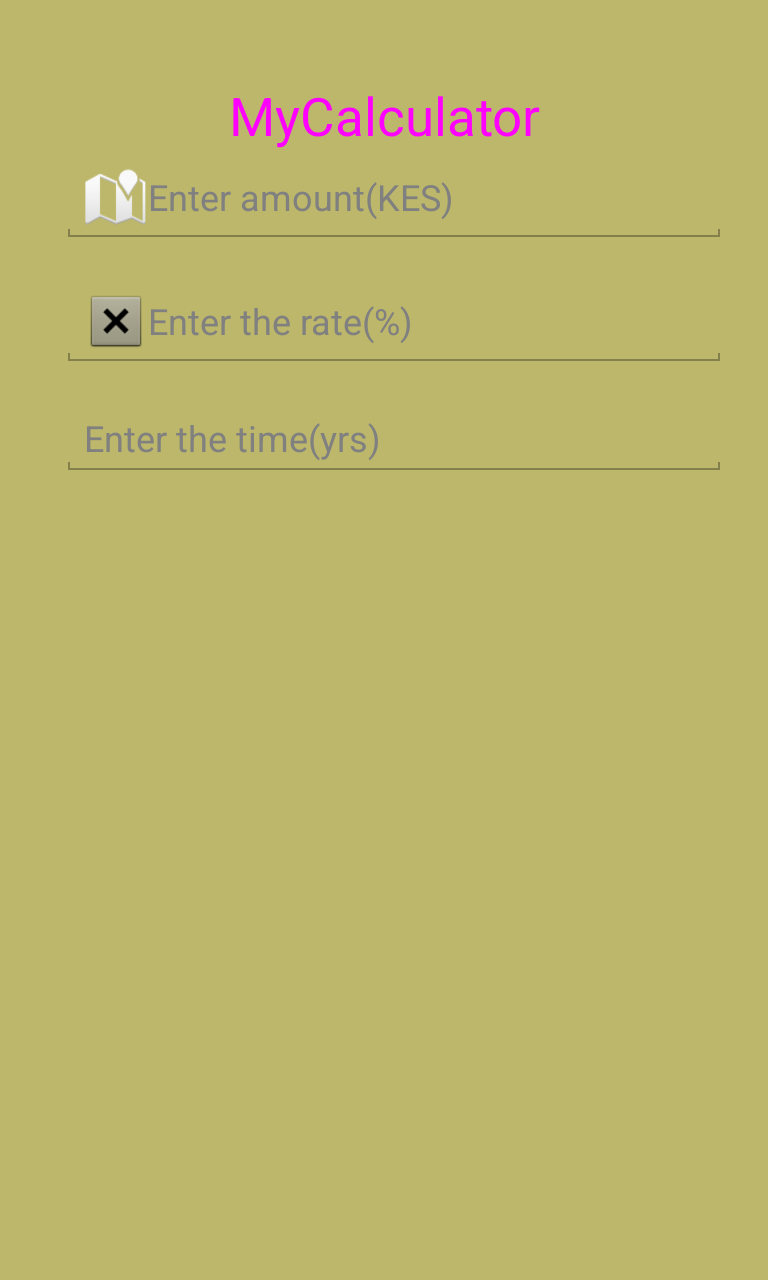
Repository: njiiriJohnii/Android-projects
Layout: MySimpleCalc/res/layout/activity_main.xml
An editor plug-in stored every save of this project. The layout is shown before and after the next save, followed by the edit.
It is drawn on a 768 x 1280 px phone screen (xhdpi) without system bars, with theme AppTheme; the app's code is not run.

Above is the layout before, as saved 2014-05-29 08:43:27.

After the next save:
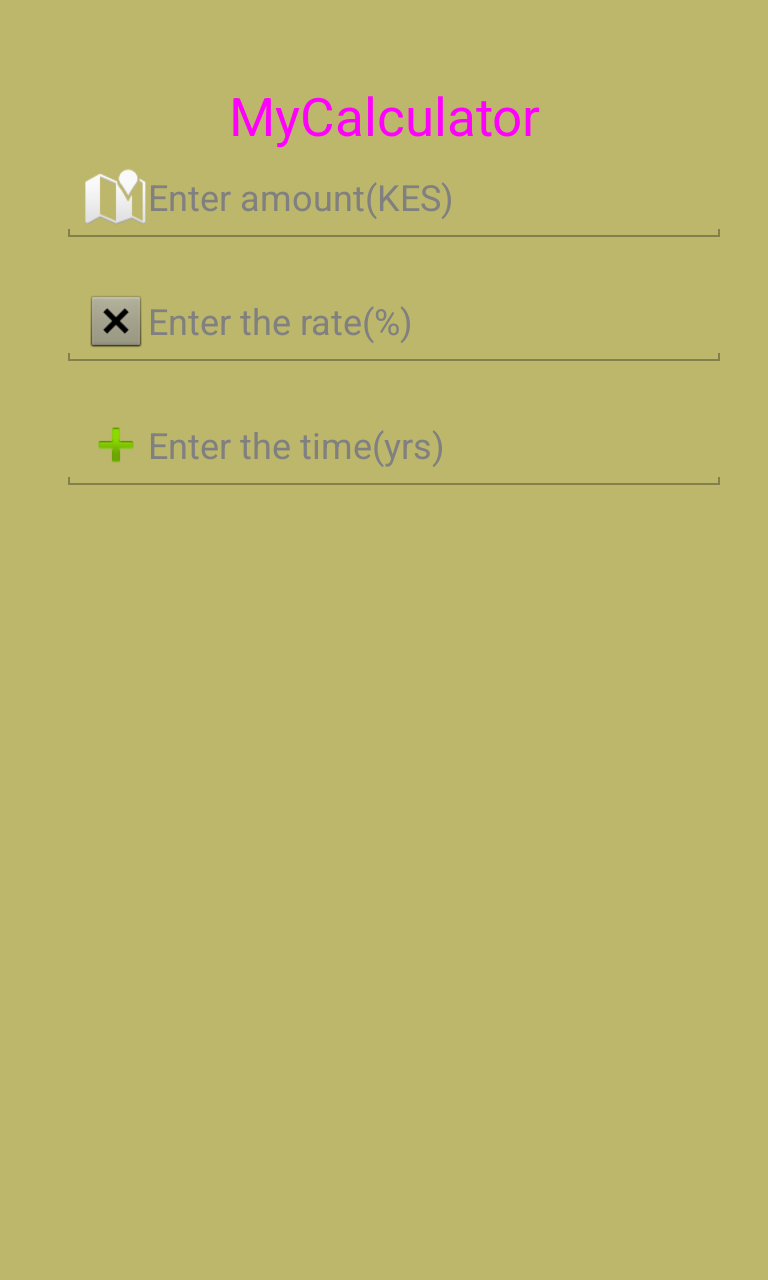
Saved 77 s later.
--- a/MySimpleCalc/res/layout/activity_main.xml
+++ b/MySimpleCalc/res/layout/activity_main.xml
@@ -39,7 +39,7 @@
          android:layout_marginLeft="30dp"
         android:layout_marginRight="20dp"
         android:layout_marginTop="15dp"
-
+        android:drawableLeft="@android:drawable/ic_input_add"
          />
 
 
